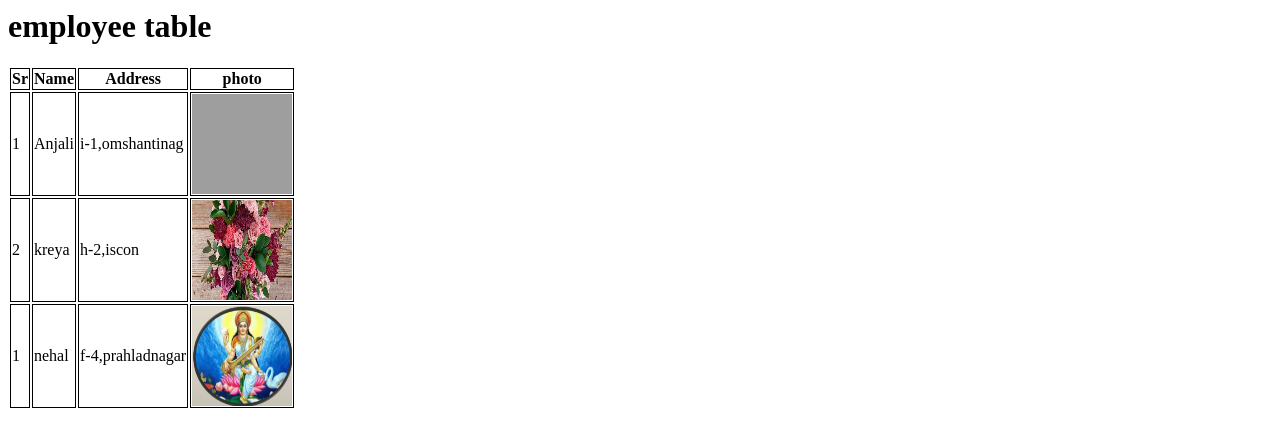
Repository: pratixa-chauhan/practice
Page: style/table2.html
These files come from the project's save history. The page is drawn as it stood at one moment and after the next save; the edit follows.
The browser window is 1280 px wide. The pictures show the whole page.
Pictures or frames that could not be fetched are drawn as grey boxes.

Above is the page before, as saved 2021-12-21 16:06:56.

After the next save:
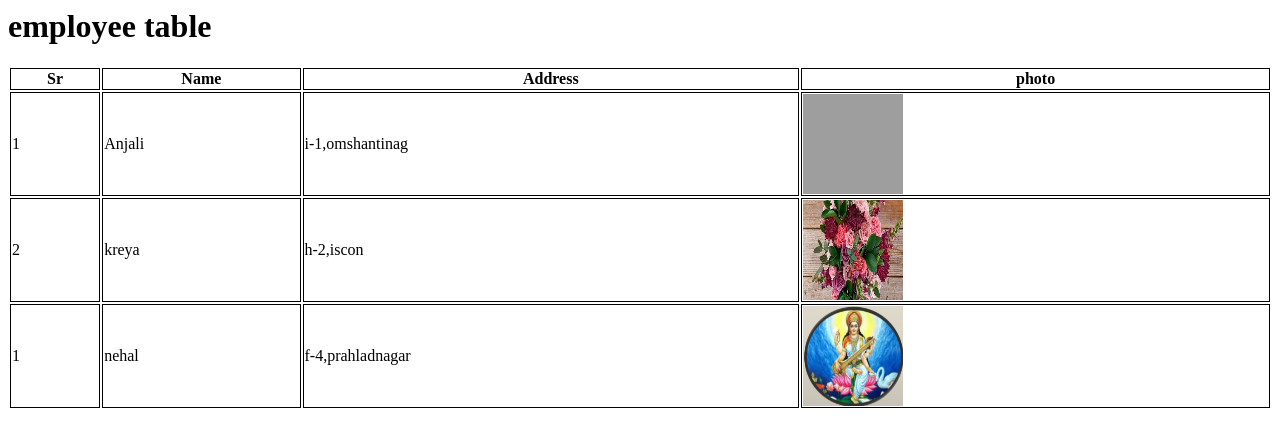
Saved 59 s later.
--- a/style/table2.html
+++ b/style/table2.html
@@ -7,7 +7,7 @@
 
     </style>
     <h1>employee table</h1>
-    <table style="withd:100%">
+    <table style="width: 100%;"">
     <tr>
         <th>Sr</th>
         <th>Name</th>
